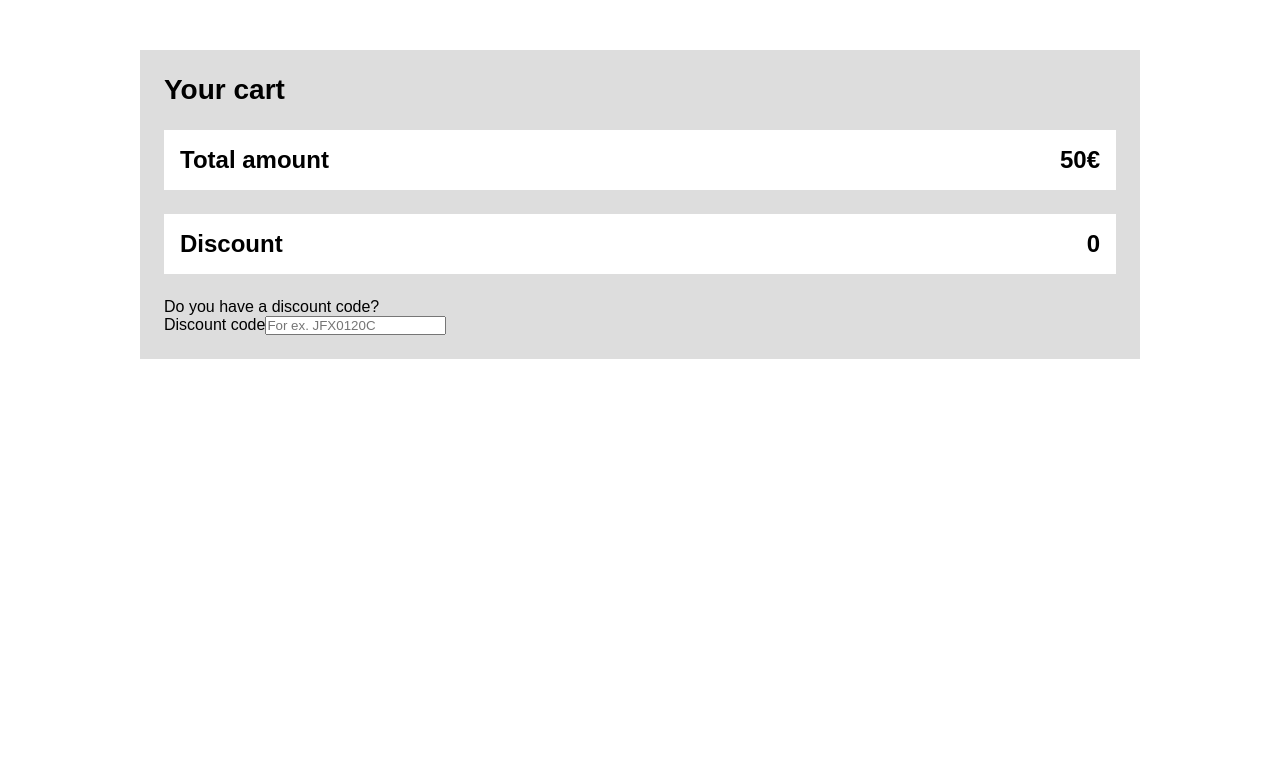
Repository: kcvijay/cart-discoutcodes
Page: /
An editor plug-in stored every save of this project. The page is shown before and after the next save, followed by the edit.
The browser window is 1280 px wide. The pictures show the whole page.
The project was rebuilt for these pictures with package versions that can differ from the ones it lists, and the page was loaded fresh each time. Also part of the build but not shown: src/App.css.

Above is the page before, as saved 2023-05-17 11:30:30.

### public/index.html
<!DOCTYPE html>
<html lang="en">
  <head>
    <meta charset="utf-8" />
    <link rel="icon" href="%PUBLIC_URL%/favicon.ico" />
    <meta name="viewport" content="width=device-width, initial-scale=1" />
    <meta name="theme-color" content="#000000" />
    <meta
      name="description"
      content="Discount Codes searching, fetching and enabling for the cart system."
    />
    <link rel="apple-touch-icon" href="%PUBLIC_URL%/logo192.png" />
    <link rel="manifest" href="%PUBLIC_URL%/manifest.json" />
    <title>Discount Codes for Cart</title>
  </head>
  <body>
    <noscript>You need to enable JavaScript to run this app.</noscript>
    <div id="root"></div>

  </body>
</html>

### src/index.css
* {
  margin: 0;
  padding: 0;
  box-sizing: border-box;
  scroll-behavior: smooth;
}

body {
  max-width: 100vw;
  min-height: 100vh;
  font-family: Arial, Helvetica, sans-serif;
}

.main-wrapper {
  max-width: 1000px;
  min-height: auto;
  background-color: #ddd;
  margin: 50px auto;
  padding: 1.5rem;
}

.content-header {
  font-size: 1.75rem;
  margin-bottom: 1.5rem;
}

.detail-block {
  display: flex;
  justify-content: space-between;
  padding: 1rem;
  background: #fff;
  margin-bottom: 1.5rem;
}

### src/App.tsx
import React from "react";
import "./App.css";
import CartInput from "./CartInput";

function App() {
  return (
    <div className="App">
      <CartInput />
    </div>
  );
}

export default App;

### src/CartInput.tsx
import React from "react";

const CartInput = () => {
  return (
    <div className="main-wrapper">
      <h2 className="content-header">Your cart</h2>
      <div className="detail-block">
        <h2>Total amount</h2>
        <h2>{"50€"}</h2>
      </div>
      <div className="detail-block">
        <h2>Discount</h2>
        <h2>{"0"}</h2>
      </div>
      <p>Do you have a discount code?</p>
      <form>
        <label htmlFor="discountCode">Discount code</label>
        <input
          type="text"
          name="discountCode"
          id="discountCode"
          placeholder="For ex. JFX0120C"
        />
      </form>
      <p className="info-text"></p>
    </div>
  );
};

export default CartInput;

Loaded but not shown: src/index.tsx (common file); src/reportWebVitals.ts (common file)

After the next save:
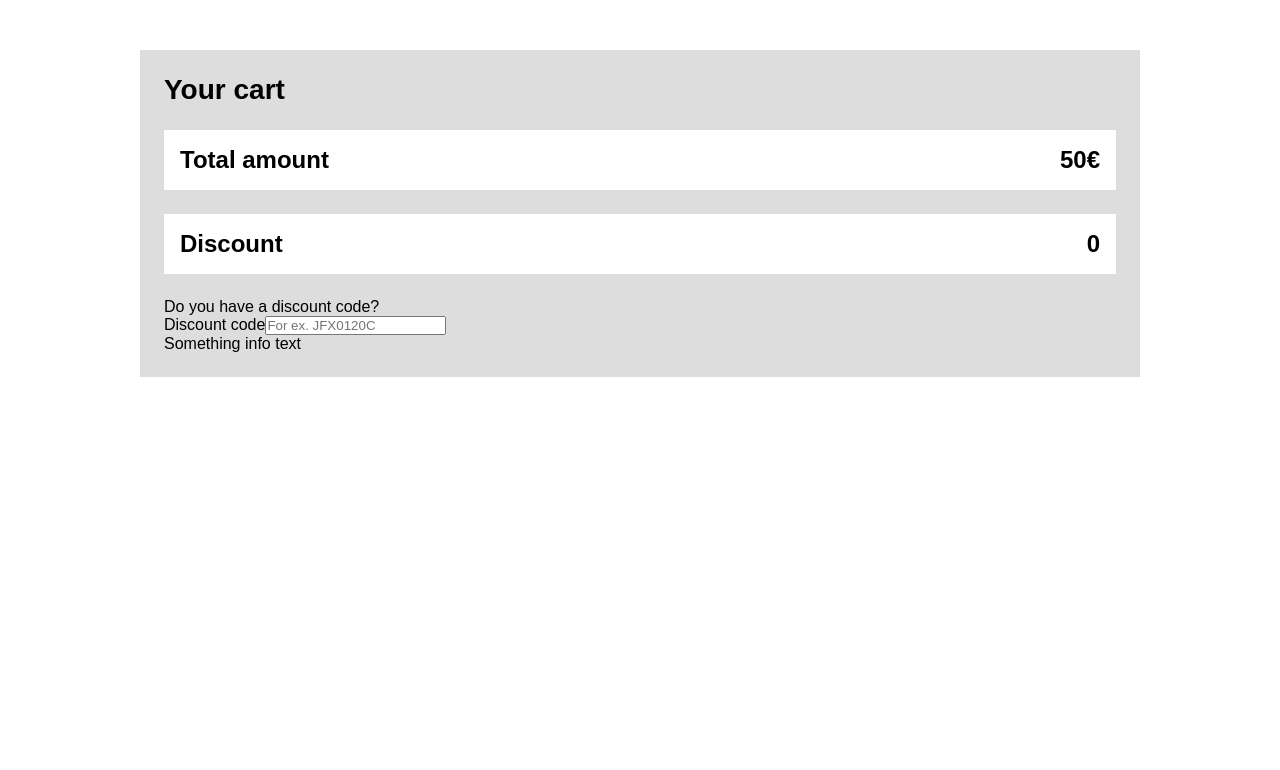
Saved 7 s later.
--- a/src/CartInput.tsx
+++ b/src/CartInput.tsx
@@ -22,7 +22,7 @@ const CartInput = () => {
           placeholder="For ex. JFX0120C"
         />
       </form>
-      <p className="info-text"></p>
+      <p className="info-text">Something info text</p>
     </div>
   );
 };
